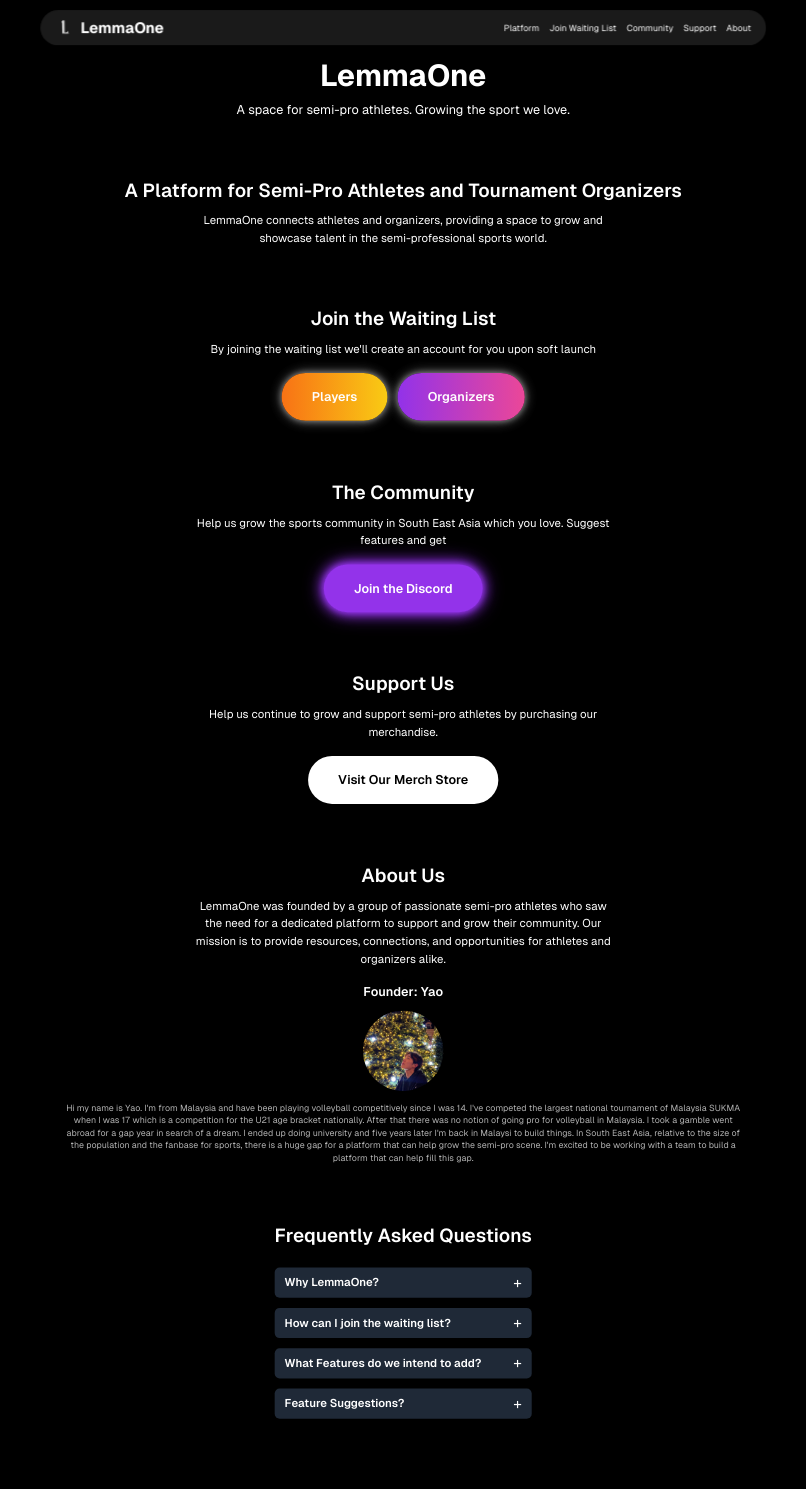
Repository: yao-creative/lemma-one-launch
Page: /
The author's editor kept a copy of each file at every save. The page is drawn from the files as they stood at one save, then again after the next save.
The browser window is 1280 px wide. The pictures show the whole page, at 63% of full size.
The project was rebuilt for these pictures with package versions that can differ from the ones it lists, and the page was loaded fresh each time. The framework's server and built-in components were replaced by stand-ins that run in the browser. Also part of the build but not shown: next.config.js, next.config.mjs.

Above is the page before, as saved 2024-09-26 04:16:39.

### app/layout.tsx
import type { Metadata } from "next";
import localFont from "next/font/local";
import "./globals.css";

const geistSans = localFont({
  src: "./fonts/GeistVF.woff",
  variable: "--font-geist-sans",
  weight: "100 900",
});

const geistMono = localFont({
  src: "./fonts/GeistMonoVF.woff",
  variable: "--font-geist-mono",
  weight: "100 900",
});

const nikeFont = localFont({
  src: "./fonts/Futura-Condensed-Extra-Bold.otf",
  variable: "--font-nike",
});

export const metadata: Metadata = {
  title: "LemmaOne",
  description: "A space for semi-pro athletes. Growing the sport we love.",
};

export default function RootLayout({
  children,
}: Readonly<{
  children: React.ReactNode;
}>) {
  return (
    <html lang="en">
      <body
        className={`${geistSans.variable} ${geistMono.variable} ${nikeFont.variable} antialiased`}
      >
        {children}
      </body>
    </html>
  );
}

### app/page.tsx
'use client';

import { useRef, useState } from 'react';
import Image from 'next/image';

export default function Home() {
  const [menuOpen, setMenuOpen] = useState(false);
  const platformRef = useRef<HTMLElement>(null);
  const waitingListRef = useRef<HTMLElement>(null);
  const communityRef = useRef<HTMLElement>(null);
  const supportRef = useRef<HTMLElement>(null);
  const aboutRef = useRef<HTMLElement>(null);
  const faqRef = useRef<HTMLElement>(null);

  const scrollToSection = (ref: React.RefObject<HTMLElement>) => {
    ref.current?.scrollIntoView({ behavior: 'smooth' });
    setMenuOpen(false);
  };

  const [openFAQ, setOpenFAQ] = useState<number | null>(null);

  const toggleFAQ = (index: number) => {
    setOpenFAQ(openFAQ === index ? null : index);
  };

  const faqs = [
    {
      question: "Why LemmaOne?",
      answer: "A Lemma is a term in mathematics for an intermediate result or tool to prove a theorem. We are creating LemmaOne to prove that semi-pro sports is possible in South East Asia."
    },
    {
      question: "How can I join the waiting list?",
      answer: "You can join the waiting list by clicking on either the 'Players' or 'Organizers' button in the 'Join the Waiting List' section. We'll create an account for you upon soft launch."
    },
    {
      question: "What Features do we intend to add?",
      answer: "We're currently building a platform for sports hosting, but would like to grow into an interactive community to help build local tournaments to create a more immersive tournament experience, broaden their reach, and find new monetization methods. This way we can help grow a sustainable semi-pro sports community in South East Asia. "
    },
    {
      question: "Feature Suggestions?",
      answer: "We're always looking for new ideas an feature improvements. Join the Discord to build a community with us."
    }
  ];

  return (
    <div className="min-h-screen bg-black text-white">
      <nav className="fixed top-0 left-0 right-0 z-10">
        <div className="mx-auto max-w-6xl mt-4 px-6 py-3 bg-white/10 backdrop-blur-md rounded-full flex justify-between items-center">
          <div className="flex items-center space-x-2">
            <Image src="/logo192.png" alt="LemmaOne Logo" width={32} height={32} />
            <h1 className="text-2xl font-bold font-nike">LemmaOne</h1>
          </div>
          <div className="hidden md:flex space-x-4 items-center">
            <button onClick={() => scrollToSection(platformRef)} className="text-sm hover:text-gray-300">Platform</button>
            <button onClick={() => scrollToSection(waitingListRef)} className="text-sm hover:text-gray-300">Join Waiting List</button>
            <button onClick={() => scrollToSection(communityRef)} className="text-sm hover:text-gray-300">Community</button>
            <button onClick={() => scrollToSection(supportRef)} className="text-sm hover:text-gray-300">Support</button>
            <button onClick={() => scrollToSection(aboutRef)} className="text-sm hover:text-gray-300">About</button>
          </div>
          <button onClick={() => setMenuOpen(!menuOpen)} className="md:hidden">
            <svg className="w-6 h-6" fill="none" stroke="currentColor" viewBox="0 0 24 24" xmlns="http://www.w3.org/2000/svg">
              <path strokeLinecap="round" strokeLinejoin="round" strokeWidth={2} d="M4 6h16M4 12h16M4 18h16" />
            </svg>
          </button>
        </div>
        {menuOpen && (
          <div className="md:hidden absolute top-full left-0 right-0 bg-black/90 backdrop-blur-md py-4">
            <button onClick={() => scrollToSection(platformRef)} className="block w-full text-left px-6 py-2 hover:bg-white/10">Platform</button>
            <button onClick={() => scrollToSection(waitingListRef)} className="block w-full text-left px-6 py-2 hover:bg-white/10">Join Waiting List</button>
            <button onClick={() => scrollToSection(communityRef)} className="block w-full text-left px-6 py-2 hover:bg-white/10">Community</button>
            <button onClick={() => scrollToSection(supportRef)} className="block w-full text-left px-6 py-2 hover:bg-white/10">Support</button>
            <button onClick={() => scrollToSection(aboutRef)} className="block w-full text-left px-6 py-2 hover:bg-white/10">About</button>
          </div>
        )}
      </nav>

      <main className="flex min-h-screen flex-col items-center justify-between p-24 space-y-24">
        <section className="text-center flex flex-col items-center">
          <h2 className="text-4xl md:text-5xl font-bold font-nike mb-4">LemmaOne</h2>
          <p className="text-lg md:text-xl max-w-2xl">A space for semi-pro athletes. Growing the sport we love.</p>
        </section>

        <section ref={platformRef} className="text-center flex flex-col items-center">
          <h3 className="text-2xl md:text-3xl font-semibold font-nike mb-4">A Platform for Semi-Pro Athletes and Tournament Organizers</h3>
          <p className="text-base md:text-lg max-w-2xl">
            LemmaOne connects athletes and organizers, providing a space to grow and showcase talent in the semi-professional sports world.
          </p>
        </section>

        <section ref={waitingListRef} className="text-center flex flex-col items-center">
          <h3 className="text-2xl md:text-3xl font-semibold font-nike mb-4">Join the Waiting List</h3>
          <p className="text-base md:text-lg mb-6 max-w-2xl">
            By joining the waiting list we'll create an account for you upon soft launch
          </p>
          <div className="flex flex-col md:flex-row justify-center space-y-4 md:space-y-0 md:space-x-4">
            <button className="px-12 py-6 rounded-full text-xl font-semibold text-white bg-gradient-to-r from-orange-500 to-yellow-400 hover:from-orange-600 hover:to-yellow-500 transition-all duration-300 animate-pulse-subtle glow-button">
              Players
            </button>
            <button className="px-12 py-6 rounded-full text-xl font-semibold text-white bg-gradient-to-r from-purple-600 to-pink-500 hover:from-purple-700 hover:to-pink-600 transition-all duration-300 animate-pulse-subtle glow-button">
              Organizers
            </button>
          </div>
        </section>

        <section ref={communityRef} className="text-center flex flex-col items-center">
          <h3 className="text-2xl md:text-3xl font-semibold font-nike mb-4">The Community</h3>
          <p className="text-base md:text-lg mb-6 max-w-2xl">
            Help us grow the sports community in South East Asia which you love. Suggest features and get
          </p>
          <a href="https://discord.gg/QztR7ZPM" className="inline-block px-12 py-6 rounded-full text-xl bg-purple-600 text-white font-semibold hover:bg-purple-700 transition-colors duration-300 neon-button">
            Join the Discord
          </a>
        </section>

        <section ref={supportRef} className="text-center flex flex-col items-center">
          <h3 className="text-2xl md:text-3xl font-semibold font-nike mb-4">Support Us</h3>
          <p className="text-base md:text-lg mb-6 max-w-2xl">
            Help us continue to grow and support semi-pro athletes by purchasing our merchandise.
          </p>
          <a href="#" className="inline-block px-12 py-6 rounded-full text-xl bg-white text-black font-semibold hover:bg-gray-200 transition-colors duration-300">
            Visit Our Merch Store
          </a>
        </section>

        <section ref={aboutRef} className="text-center flex flex-col items-center">
          <h3 className="text-2xl md:text-3xl font-semibold font-nike mb-4">About Us</h3>
          <p className="text-base md:text-lg max-w-2xl">
            LemmaOne was founded by a group of passionate semi-pro athletes who saw the need for a dedicated platform to support and grow their community. Our mission is to provide resources, connections, and opportunities for athletes and organizers alike.
          </p>
          <div className="mt-6">
            <h3 className="text-xl font-semibold mb-4">Founder: Yao</h3>
            <div className="relative w-32 h-32 mx-auto mb-4">
              <Image
                src="/about/profile.jpg"
                alt="Yao - Founder"
                layout="fill"
                objectFit="cover"
                className="rounded-full"
              />
            </div>
            <p className="text-sm opacity-70">
              Hi my name is Yao. I'm from Malaysia and have been playing volleyball competitively since I was 14. I've competed the largest national tournament of Malaysia SUKMA when I was 17 which is a competition for the U21 age bracket nationally. After that there was no notion of going pro for volleyball in Malaysia. I took a gamble went abroad for a gap year in search of a dream. I ended up doing university and five years later I'm back in Malaysi to build things. In South East Asia, relative to the size of the population and the fanbase for sports, there is a huge gap for a platform that can help grow the semi-pro scene. I'm excited to be working with a team to build a platform that can help fill this gap.
            </p>
          </div>
        </section>

        <section ref={faqRef} className="text-center flex flex-col items-center">
          <h3 className="text-2xl md:text-3xl font-semibold font-nike mb-8">Frequently Asked Questions</h3>
          <div className="w-full max-w-2xl">
            {faqs.map((faq, index) => (
              <div key={index} className="mb-4">
                <button
                  className="flex justify-between items-center w-full text-left px-4 py-2 bg-gray-800 hover:bg-gray-700 transition-colors duration-300 rounded-lg"
                  onClick={() => toggleFAQ(index)}
                >
                  <span className="text-lg font-semibold">{faq.question}</span>
                  <span className="text-2xl">{openFAQ === index ? '−' : '+'}</span>
                </button>
                {openFAQ === index && (
                  <div className="mt-2 px-4 py-2 bg-gray-900 rounded-lg">
                    <p className="text-base">{faq.answer}</p>
                  </div>
                )}
              </div>
            ))}
          </div>
        </section>
      </main>
    </div>
  );
}

### app/globals.css
@tailwind base;
@tailwind components;
@tailwind utilities;

:root {
  --background: #000000;
  --foreground: #ffffff;
}

@media (prefers-color-scheme: dark) {
  :root {
    --background: #0a0a0a;
    --foreground: #ededed;
  }
}

body {
  color: var(--foreground);
  background: var(--background);
  font-family: var(--font-geist-sans), Arial, sans-serif;
}

@layer utilities {
  .text-balance {
    text-wrap: balance;
  }
}

@keyframes pulse-subtle {
  0%, 100% {
    opacity: 1;
  }
  50% {
    opacity: 0.8;
  }
}

.animate-pulse-subtle {
  animation: pulse-subtle 2s cubic-bezier(0.4, 0, 0.6, 1) infinite;
}

.glow-button {
  box-shadow: 0 0 10px rgba(255, 255, 255, 0.5), 0 0 20px rgba(255, 255, 255, 0.3), 0 0 30px rgba(255, 255, 255, 0.1);
  transition: all 0.3s ease;
}

.glow-button:hover {
  box-shadow: 0 0 15px rgba(255, 255, 255, 0.7), 0 0 25px rgba(255, 255, 255, 0.5), 0 0 35px rgba(255, 255, 255, 0.3);
}

.neon-button {
  box-shadow: 0 0 10px #9333ea, 0 0 20px #9333ea, 0 0 30px #9333ea;
  animation: neon-glow 1.5s ease-in-out infinite alternate;
}

@keyframes neon-glow {
  from {
    box-shadow: 0 0 10px #9333ea, 0 0 20px #9333ea, 0 0 30px #9333ea;
  }
  to {
    box-shadow: 0 0 20px #9333ea, 0 0 30px #9333ea, 0 0 40px #9333ea;
  }
}

@keyframes pulse {
  0%, 100% {
    opacity: 1;
  }
  50% {
    opacity: 0.5;
  }
}

.animate-pulse {
  animation: pulse 2s cubic-bezier(0.4, 0, 0.6, 1) infinite;
}

Loaded but not shown: tailwind.config.ts (common file)

After the next save:
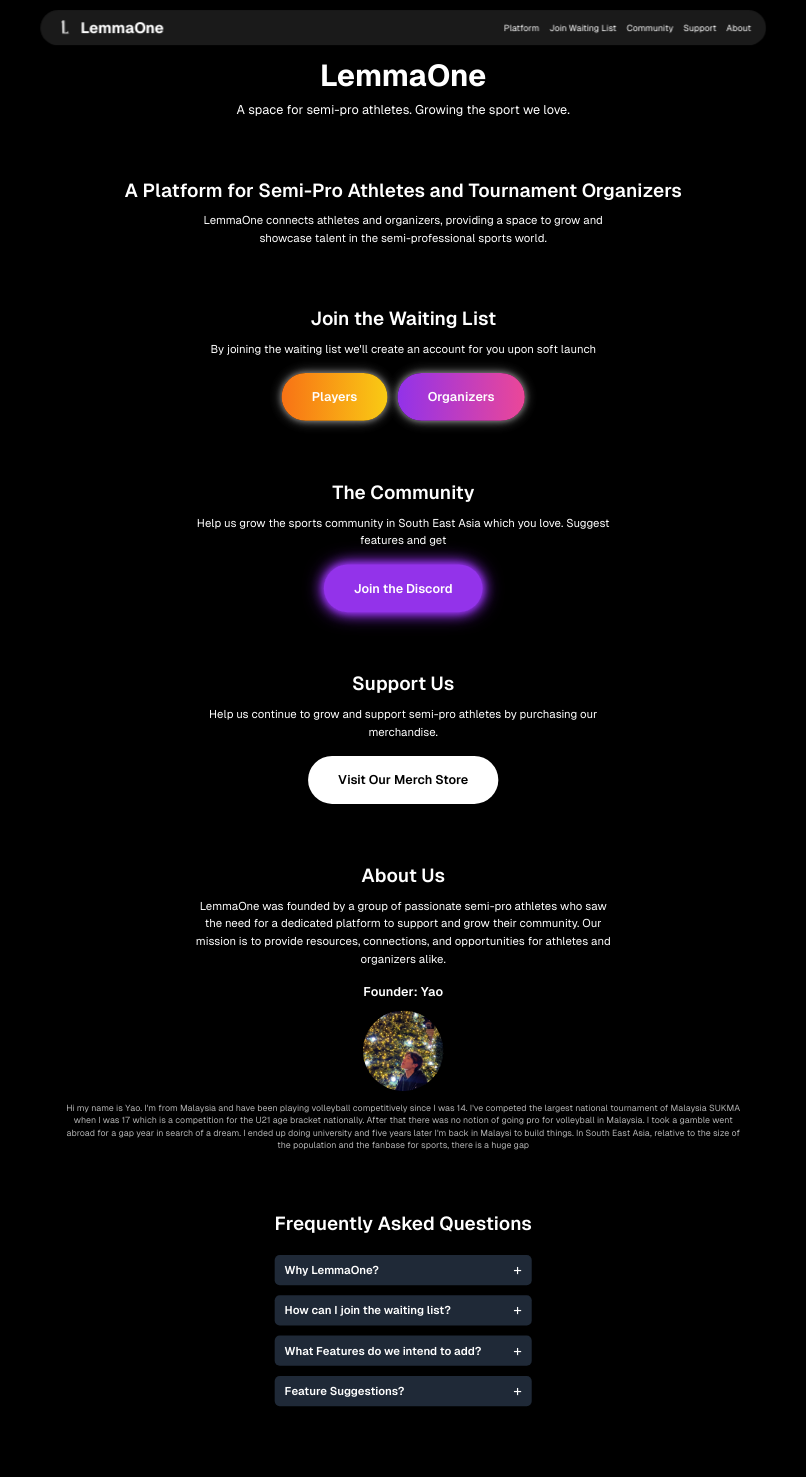
Saved 13 s later.
--- a/app/page.tsx
+++ b/app/page.tsx
@@ -139,7 +139,7 @@ export default function Home() {
               />
             </div>
             <p className="text-sm opacity-70">
-              Hi my name is Yao. I'm from Malaysia and have been playing volleyball competitively since I was 14. I've competed the largest national tournament of Malaysia SUKMA when I was 17 which is a competition for the U21 age bracket nationally. After that there was no notion of going pro for volleyball in Malaysia. I took a gamble went abroad for a gap year in search of a dream. I ended up doing university and five years later I'm back in Malaysi to build things. In South East Asia, relative to the size of the population and the fanbase for sports, there is a huge gap for a platform that can help grow the semi-pro scene. I'm excited to be working with a team to build a platform that can help fill this gap.
+              Hi my name is Yao. I'm from Malaysia and have been playing volleyball competitively since I was 14. I've competed the largest national tournament of Malaysia SUKMA when I was 17 which is a competition for the U21 age bracket nationally. After that there was no notion of going pro for volleyball in Malaysia. I took a gamble went abroad for a gap year in search of a dream. I ended up doing university and five years later I'm back in Malaysi to build things. In South East Asia, relative to the size of the population and the fanbase for sports, there is a huge gap
             </p>
           </div>
         </section>
